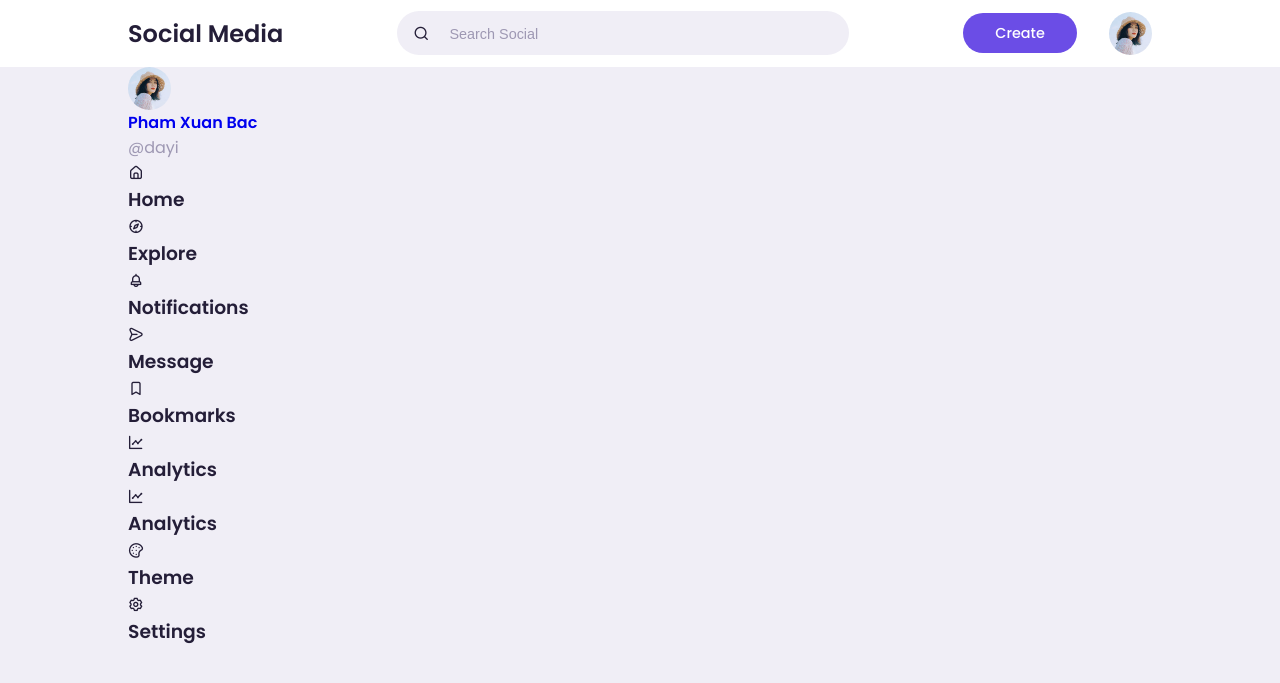
Repository: northpx/socialMedia
Page: index.html
These files come from the project's save history. The page is drawn as it stood at one moment and after a run of saves; the edit follows.
The browser window is 1280 px wide. The pictures show the whole page.

Above is the page before, as saved 2023-03-07 17:03:08.

After the next 2 saves:
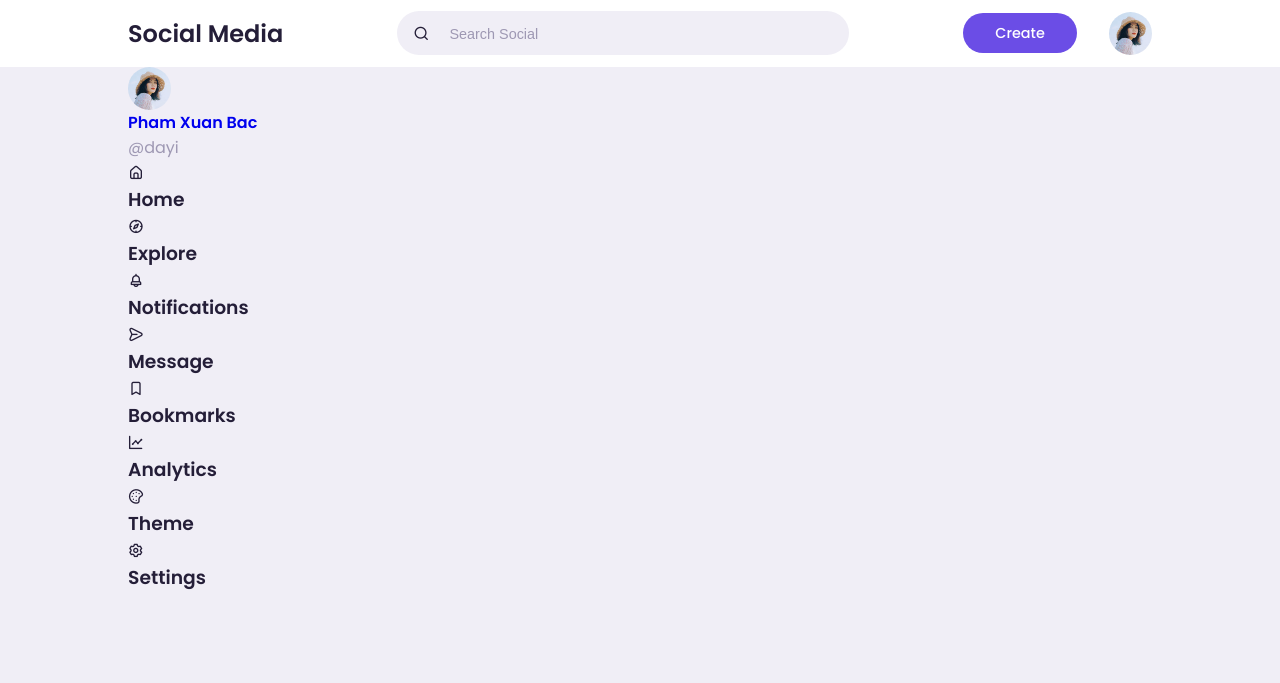
The 2 saves are shown as one change because they came seconds apart.
The last was saved 7 s later.
--- a/index.html
+++ b/index.html
@@ -63,14 +63,14 @@
                         <span><i class="uil uil-chart-line"></i></span><h3>Analytics</h3>
                     </a>
                     <a class="menu-item">
-                        <span><i class="uil uil-chart-line"></i></span><h3>Analytics</h3>
+                        <span><i class="uil uil-palette"></i></span><h3>Theme</h3>
                     </a>
 
 
 
 
 
-                    <span><i class="uil uil-palette"></i></span><h3>Theme</h3>
+
                     <span><i class="uil uil-setting"></i></span><h3>Settings</h3>
                 </div>
             </div>
